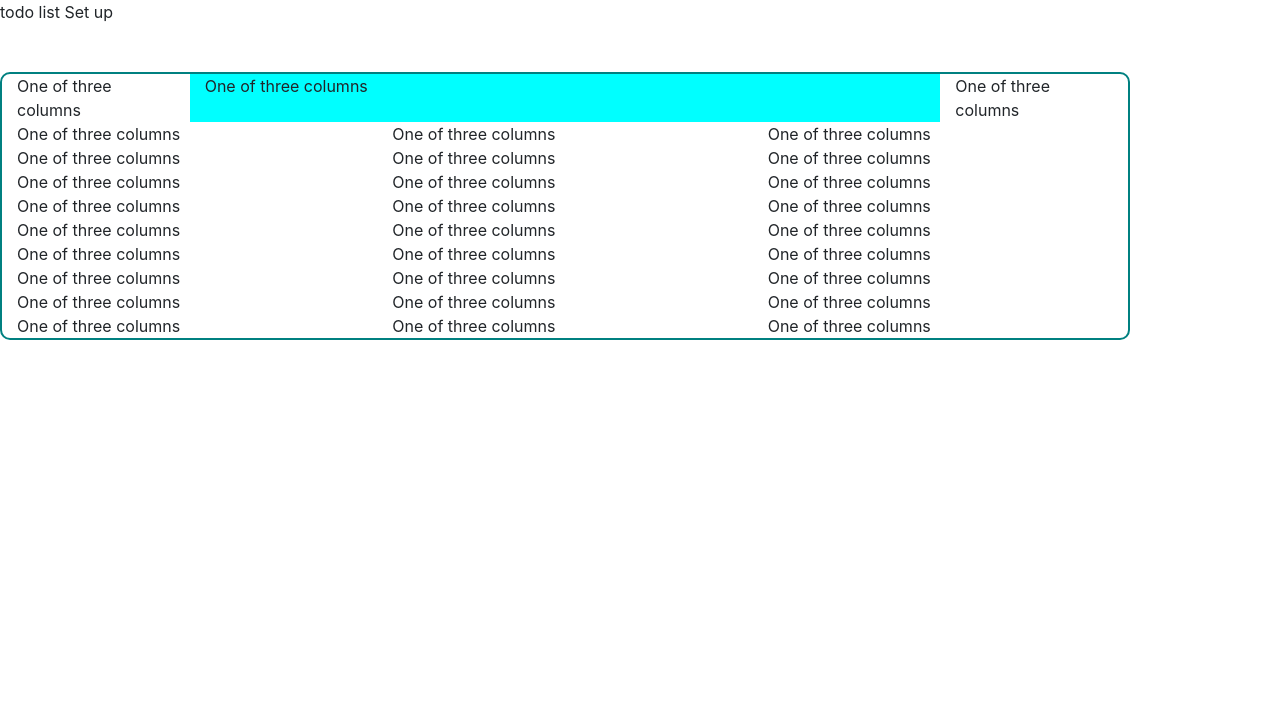
Repository: kkyler24/DayPlanner
Page: Index.html
These files come from the project's save history. The page is drawn as it stood at one moment and after the next save; the edit follows.
The browser window is 1280 px wide. The pictures show the whole page.
Some web libraries are served in a nearby version.

Above is the page before, as saved 2020-03-26 09:10:59.

After the next save:
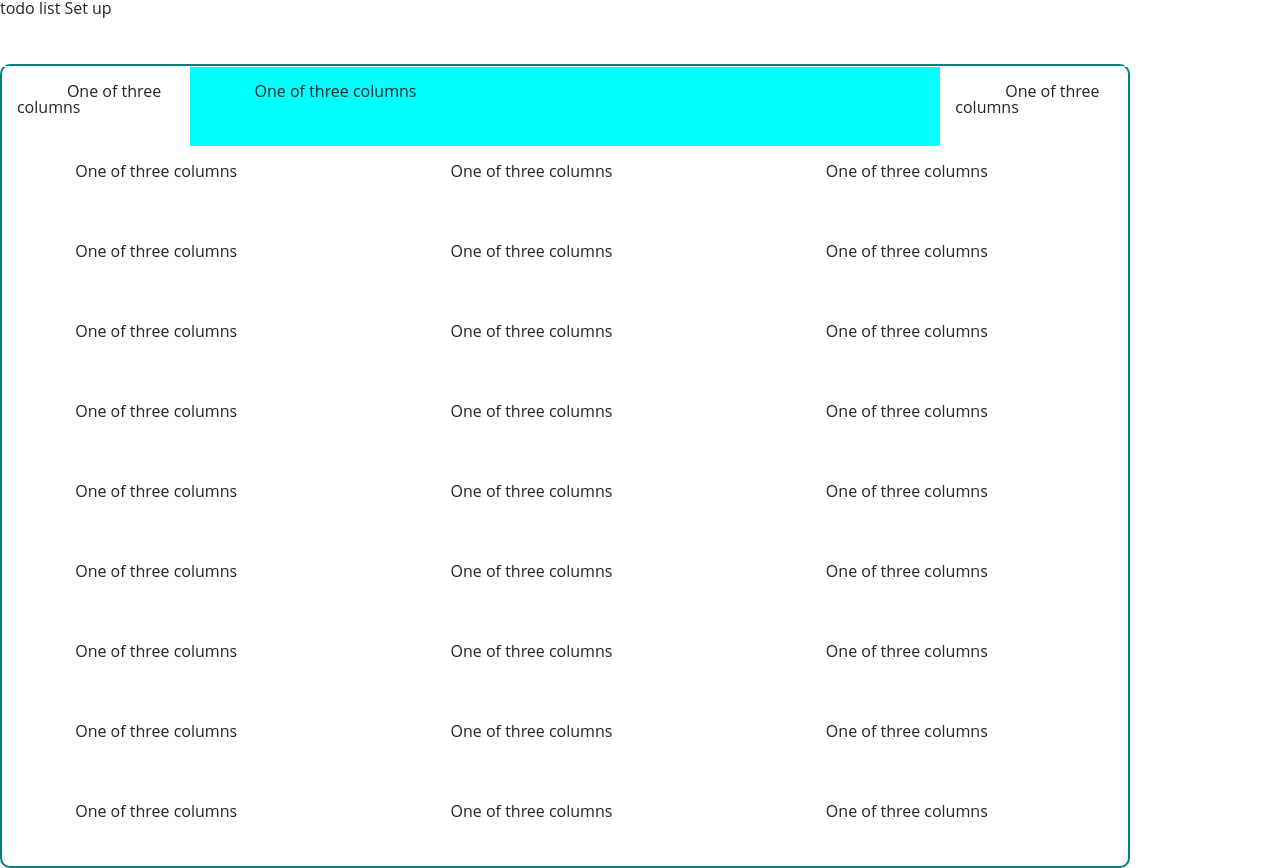
Saved 6 min 14 s later.
--- a/Assets/todocss/todostyles.css
+++ b/Assets/todocss/todostyles.css
@@ -7,3 +7,77 @@
   float: left;
 
 }
+
+
+/* Planner */
+body {
+  font-family: 'Open Sans', sans-serif;
+  font-size: 16px;
+  line-height: 1;
+}
+
+textarea{
+  background: transparent;
+  border: none;
+  resize: none;
+  color: #000000;
+  border-left: 1px solid black;
+  padding: 10px;
+}
+
+.jumbotron {
+  text-align: center;
+  background-color: transparent;
+  color: black;
+  border-radius: 0;
+  border-bottom: 10px solid black;
+}
+
+.description{
+  white-space: pre-wrap;
+}
+
+.time-block{
+  text-align: center;
+  border-radius: 15px;
+}
+
+.row {
+  white-space: pre-wrap;
+  height: 80px;
+  border-top: 1px solid white;;
+}
+
+.hour {
+  background-color: #ffffff;
+  color: #000000;
+  border-top: 1px dashed #000000;
+}
+
+.past {
+  background-color: #d3d3d3;
+  color: white;
+}
+
+.present {
+  background-color: #ff6961;
+  color: white;
+}
+
+.future {
+  background-color: #77dd77;
+  color: white;
+}
+
+.saveBtn {
+  border-left: 1px solid black;
+  border-top-right-radius: 15px;
+  border-bottom-right-radius: 15px;
+  background-color: #06AED5;
+  color: white;
+}
+
+.saveBtn i:hover {
+  font-size: 20px;
+  transition: all .3s ease-in-out;
+}
